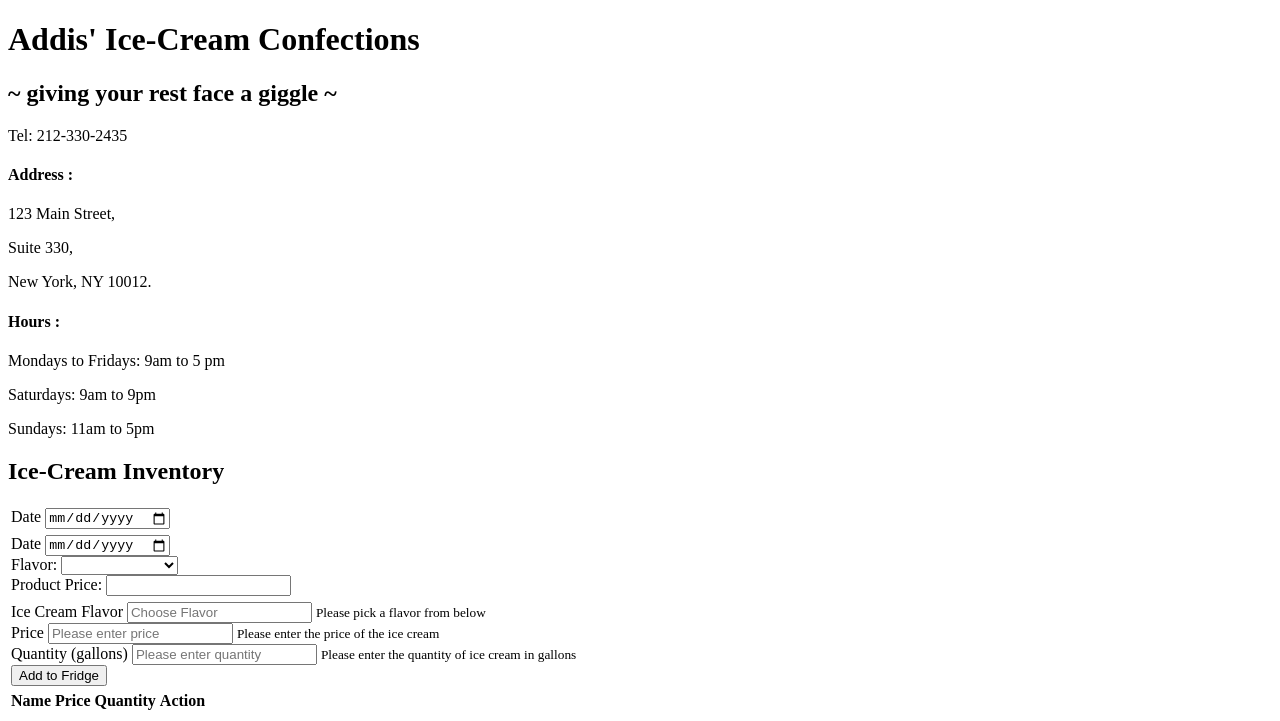
Repository: addisjackson/inventory-web-application
Page: index.html
An editor plug-in stored every save of this project. The page is shown before and after a run of saves, followed by the edit.
The browser window is 1280 px wide. The pictures show the whole page.

Above is the page before, as saved 2023-07-05 17:58:47.

After the next 4 saves:
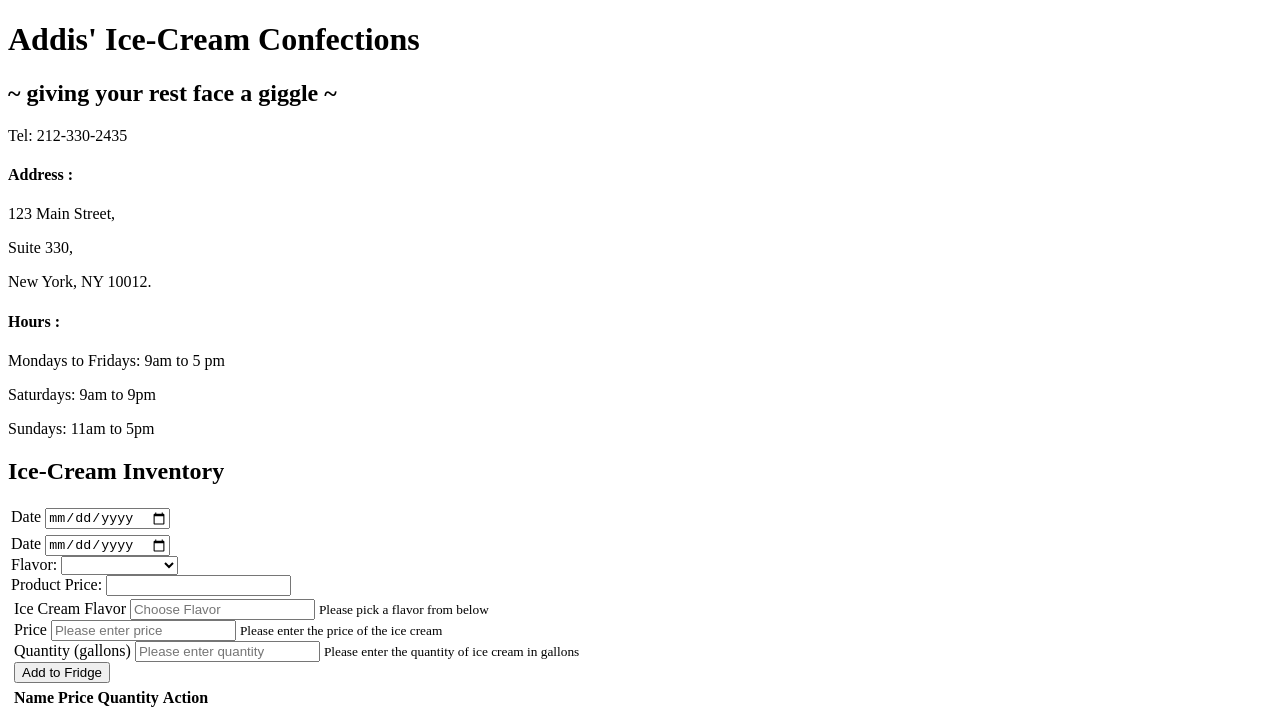
The 4 saves are shown as one change because they came seconds apart.
The last was saved 13 s later.
--- a/index.html
+++ b/index.html
@@ -100,7 +100,7 @@
                             <input type="number" name:"productPrice" id="productPrice">
                         </div>
                         <div>
-                            <label for quantityPurchased
+                            <label for="quantityPurchased
                         </div>
                     </form>
                 </td>

After the 2 saves that followed:
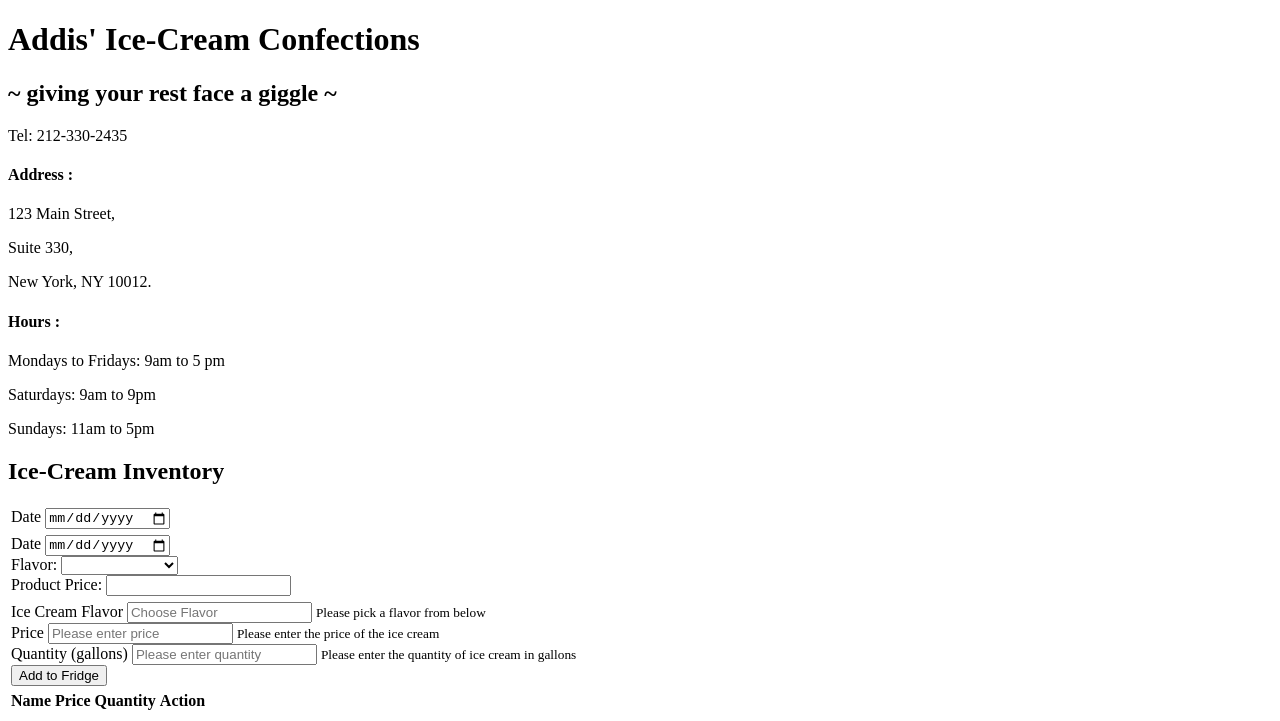
The 2 saves are shown as one change because they came seconds apart.
The last was saved 9 s later.
--- a/index.html
+++ b/index.html
@@ -100,7 +100,7 @@
                             <input type="number" name:"productPrice" id="productPrice">
                         </div>
                         <div>
-                            <label for="quantityPurchased
+                            <label for="quantityPurchased"></label>
                         </div>
                     </form>
                 </td>
